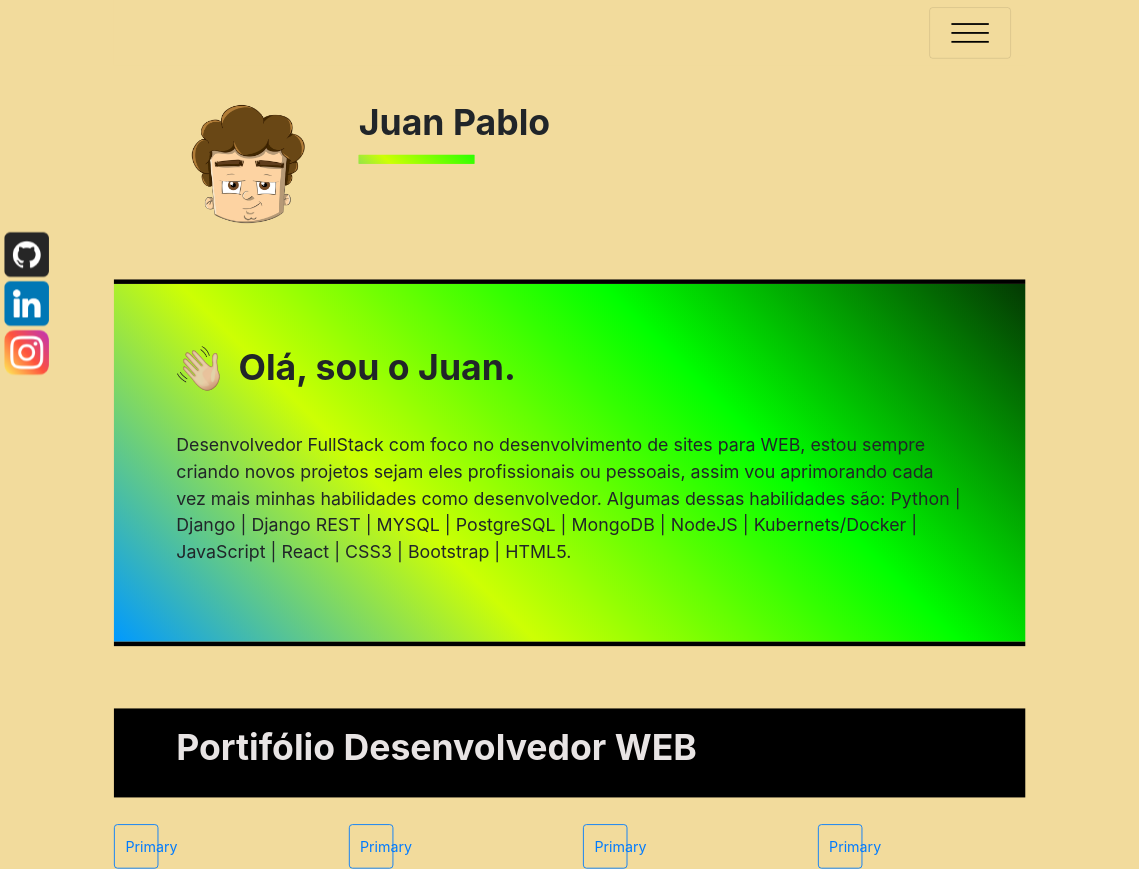
Repository: JuanPabloDS/portifolio
Page: http://localhost/
An editor plug-in stored every save of this project. The page is shown before and after the next save, followed by the edit.
The browser window is 1280 px wide. The pictures show the whole page, at 89% of full size.
The page is served by the project's application, run on Django 4.2 (manage.py). Other server files are loaded and not shown.

Above is the page before, as saved 2023-02-22 23:16:26.

### core/templates/index.html
{% extends 'base.html' %}

{% block content %}

{% include 'perfil.html' %}

{% include 'apresentacao.html' %}

{% include 'developer.html' %}

{% include 'footer.html' %}

{% endblock %}

### core/templates/base.html
{% load static %}
<!DOCTYPE html>
<html lang="pt-br">

    <head>
        <!-- Required meta tags -->
        <meta charset="UTF-8">
        <meta http-equiv="X-UA-Compatible" content="IE=edge">
        <meta name="viewport" content="width=device-width, initial-scale=1.0">
        <title>Portifólio</title>

        <!-- Bootstrap CSS -->
        <link rel="stylesheet" href="{% static 'css/bootstrap.min.css' %}">
        <link rel="stylesheet" href="{% static 'css/style.css' %}">


    </head>

    <body>
        <div class="pos-f-t">
            <nav class="navbar navbar-light menu">
              <button class="navbar-toggler" type="button" data-toggle="collapse" data-target="#navbarToggleExternalContent" aria-controls="navbarToggleExternalContent" aria-expanded="false" aria-label="Toggle navigation">
                <div class="burger"><i></i><i></i><i></i></div>
              </button>
            </nav>
            <div class="collapse" id="navbarToggleExternalContent">
              <div class="bg-dark p-4">
                <div class="menu-itens">
                  <h1>HOME</h1>
                </div>
                <div class="menu-itens">
                  <h1>HOME</h1>
                </div>
                <div class="menu-itens">
                  <h1>HOME</h1>
                </div>
                <div class="menu-itens">
                  <h1>HOME</h1>
                </div>
              </div>
            </div>
          </div>
{% block content %}
{% endblock %}

### core/templates/perfil.html
{% load static %}
<div class="perfil">
    <img src="{% static '/img/perfil/eu.png' %}" alt="">
    <div class="borda">
        <h1>Juan Pablo</h1>
    </div>
</div>

### core/templates/apresentacao.html
{% load static %}
<div class="apresentacao">
    <div class="texto">
        <div>
            <img src="{% static '/img/icons/acenar.png' %}" alt="">
            <h1>Olá, sou o Juan.</h1>
        </div>
        <div class="paragrafo">
            <p>Desenvolvedor FullStack com foco no desenvolvimento de sites para WEB, estou sempre criando
            novos projetos sejam eles profissionais ou pessoais, assim vou aprimorando cada vez
            mais minhas habilidades como desenvolvedor. Algumas dessas habilidades são:
            Python | Django | Django REST | MYSQL | PostgreSQL | MongoDB | NodeJS | Kubernets/Docker |
            JavaScript | React | CSS3 | Bootstrap | HTML5.   </p>
        </div>
    </div>
    <div class="icons">
        <img src="{% static '/img/icons/github.png' %}" alt="">
        <img src="{% static '/img/icons/linkedin.png' %}" alt="">
        <img src="{% static '/img/icons/instagram.png' %}" alt="">
    </div>
</div>

### core/templates/developer.html
{% load static %}
<div class="dev">
    <div class="dev-1">
        <h1>Portifólio Desenvolvedor WEB</h1>
    </div>
    <div class="dev-menu row">
        <div class="col-sm">
            <button type="button" class="btn btn-outline-primary">Primary</button>
        </div>
        <div class="col-sm">
            <button type="button" class="btn btn-outline-primary">Primary</button>
        </div>
        <div class="col-sm">
            <button type="button" class="btn btn-outline-primary">Primary</button>
        </div>
        <div class="col-sm">
            <button type="button" class="btn btn-outline-primary">Primary</button>
        </div>
    </div>
</div>

### core/templates/footer.html
{% load static %}
<!-- jQuery first, then Tether, then Bootstrap JS. -->
<script src="{% static 'js/jquery.js' %}"></script>
<script src="{% static 'js/bootstrap.js' %}" ></script>
<script src="{% static 'js/bootstrap.min.js' %}" ></script>
<script src="{% static 'js/bootstrap.bundle.js' %}" ></script>
<script src="{% static 'js/bootstrap.bundle.min.js' %}" ></script>
</body>
</html>

### core/views.py
from django.views.generic import TemplateView

class IndexView(TemplateView):
    template_name: str = 'index.html'

### portifolio/urls.py
"""portifolio URL Configuration

The `urlpatterns` list routes URLs to views. For more information please see:
    https://docs.djangoproject.com/en/4.1/topics/http/urls/
Examples:
Function views
    1. Add an import:  from my_app import views
    2. Add a URL to urlpatterns:  path('', views.home, name='home')
Class-based views
    1. Add an import:  from other_app.views import Home
    2. Add a URL to urlpatterns:  path('', Home.as_view(), name='home')
Including another URLconf
    1. Import the include() function: from django.urls import include, path
    2. Add a URL to urlpatterns:  path('blog/', include('blog.urls'))
"""
from django.contrib import admin
from django.urls import path, include

from django.conf.urls.static import static
from django.conf import settings

urlpatterns = [
    path('admin/', admin.site.urls),
    path('', include('core.urls')),
] + static(settings.MEDIA_URL, document_root=settings.MEDIA_ROOT)

### core/urls.py
from django.urls import path
from .views import IndexView

urlpatterns = [
    path('', IndexView.as_view(), name='index')
]

### core/static/css/style.css
/*! Menu inicial */

body{
    width: 80%;
    margin: auto;
    background-color: #f2db9c;
}

@media screen and (max-width: 600px) {
    body{
        width: 100%;
        margin: auto;
    }

}

.burger {

    z-index: 9998;
    cursor: pointer;
    padding: 5px 4px;
    background-color: transparent;
}

.burger i {
    display: block;
    width: 42px;
    height: 2px;
    margin: 8px;
    background-color: black;
}

.burger:active,
.burger:focus {
 outline-color:0;
 outline-style:none;
 outline-width:0
}
.burger i {
 display:block;
 width:42px;
 height:2px;
 margin:8px;
 background-color:black
}

.burger i:nth-child(n) {
 -moz-transition:-moz-transform .45s cubic-bezier(.43,.77,.15,1.5),background .3s ease;
 -o-transition:-o-transform .45s cubic-bezier(.43,.77,.15,1.5),background .3s ease;
 -webkit-transition:-webkit-transform .45s cubic-bezier(.43,.77,.15,1.5),background .3s ease;
 transition:transform .45s cubic-bezier(.43,.77,.15,1.5),background .3s ease
}
.burger.hover i:nth-child(1) {
 -moz-transform:translate3d(0,-4px,0);
 -ms-transform:translate3d(0,-4px,0);
 -webkit-transform:translate3d(0,-4px,0);
 transform:translate3d(0,-4px,0)
}
.burger.hover i:nth-child(3) {
 -moz-transform:translate3d(0,4px,0);
 -ms-transform:translate3d(0,4px,0);
 -webkit-transform:translate3d(0,4px,0);
 transform:translate3d(0,4px,0)
}
.burger.st-1 {
 animation:rotate-back-in .8s cubic-bezier(.2,.86,.35,1) forwards;
 -webkit-animation:rotate-back-in .8s cubic-bezier(.2,.86,.35,1) forwards
}
.burger.st-1 i:nth-child(1) {
 -moz-transform:translate3d(0,9px,0);
 -ms-transform:translate3d(0,9px,0);
 -webkit-transform:translate3d(0,9px,0);
 transform:translate3d(0,9px,0)
}
.burger.st-1 i:nth-child(3) {
 -moz-transform:translate3d(0,-9px,0);
 -ms-transform:translate3d(0,-9px,0);
 -webkit-transform:translate3d(0,-9px,0);
 transform:translate3d(0,-9px,0)
}
.burger.st-2 {
 animation:rotate-back-out .85s cubic-bezier(.2,.86,.35,1) forwards;
 -webkit-animation:rotate-back-out .85s cubic-bezier(.2,.86,.35,1) forwards
}
.burger.st-2 i:nth-child(1) {
 -moz-transform:translate3d(0,10px,0) rotate(45deg) scale(1.5);
 -ms-transform:translate3d(0,10px,0) rotate(45deg) scale(1.5);
 -webkit-transform:translate3d(0,10px,0) rotate(45deg) scale(1.5);
 transform:translate3d(0,10px,0) rotate(45deg) scale(1.5)
}
.burger.st-2 i:nth-child(2) {
 opacity:0
}
.burger.st-2 i:nth-child(3) {
 -moz-transform:translate3d(0,-10px,0) rotate(-45deg) scale(1.5);
 -ms-transform:translate3d(0,-10px,0) rotate(-45deg) scale(1.5);
 -webkit-transform:translate3d(0,-10px,0) rotate(-45deg) scale(1.5);
 transform:translate3d(0,-10px,0) rotate(-45deg) scale(1.5)
}
.burger.st-2.hover i:nth-child(1) {
 -moz-transform:translate3d(0,10px,0) rotate(50deg) scale(1.5);
 -ms-transform:translate3d(0,10px,0) rotate(50deg) scale(1.5);
 -webkit-transform:translate3d(0,10px,0) rotate(50deg) scale(1.5);
 transform:translate3d(0,10px,0) rotate(50deg) scale(1.5)
}
.burger.st-2.hover i:nth-child(3) {
 -moz-transform:translate3d(0,-10px,0) rotate(-50deg) scale(1.5);
 -ms-transform:translate3d(0,-10px,0) rotate(-50deg) scale(1.5);
 -webkit-transform:translate3d(0,-10px,0) rotate(-50deg) scale(1.5);
 transform:translate3d(0,-10px,0) rotate(-50deg) scale(1.5)
}

.menu{
    height: 20%;
    background-color: #f2db9c;
    color: black;
}

.menu button{
    position: relative;
    right: inherit;
    float: right;
    margin-left: auto;
    color: black;
}

.menu span {
    color: black;
}



.menu-itens {
    height: 80px;
    background-color: blue;
    text-align: center;
    padding-top: 13px;
    margin-bottom: 10px;
    font-size: 50%;
}

@media screen and (max-width: 600px){
    .menu button{
        position: relative;
        padding-top: 0;
        right: inherit;
        padding-right: 0;
        padding-left: 5px;
        padding-bottom: 0;
        width: 60px;
        height: 50px;
    }

    .menu-itens {
        height: 30px;
        background-color: blue;
    }

    .menu-itens h1 {
        font-size: 150%;
        line-height: 0.2;
    }

    .burger i {
        width:25px;
        height:2px;
       }
}

/*! Fim Menu inicial */

/*! Perfil */

.perfil{
    padding-top: 40px;
    padding-left: 80px;
    margin-bottom: 200px;
}

.perfil img {
    width: 140px;
    height: 140px;
    float: left;
}

.perfil h1 {
    margin-left: 50px;
    position: absolute;
    font-weight: bold;


}
.borda{
    position: relative;
    padding-left: 145px;
}

.borda::before, .borda::after{
    content: '';
    position: absolute;
    z-index: -1;
    width: calc(130px);
    height: calc(10px);
    top: 60px;
    background: linear-gradient(45deg, #0099ff, #cdff04, #00ff00, #043903 );
    margin-left: 50px;
    background-size: 300%;
    animation: AnimarBorda 8s linear infinite;

}

@keyframes AnimarBorda {
    0% {
        background-position: 0;
    }
    100% {
        background-position: 300%;
    }
}

@media screen and (max-width: 900px) {
    .perfil {
        padding-left: 20px;
        margin-bottom: 100px;

    }
    .perfil img {
        width: 60px;
        height: 60px;
    }
    .perfil h1 {
        font-size: 30px;
    }

    .borda{
        padding-left: 30px;
    }

    .borda::before, .borda::after{
        margin-left: 20px;
        top: 40px;

    }

}

/*! Fim Perfil */

/*! Apresentaçao */

.apresentacao{
    background-color: #f2e5c0;
    padding: 70px;
    position: relative;
    border-bottom: 5px solid black;
    border-top: 5px solid black;
    background: linear-gradient(45deg,#0099ff, #cdff04, #00ff00, #043903
    );
    animation-name: ring;
    animation-duration: 1000ms;
    animation-timing-function: linear;
    animation-iteration-count: infinite;
    display: flex;
    justify-content: center;
    align-items: center;

@keyframes ring {
    0%{
        tranform:rotate(-360deg)
    }
}

}

.texto {
    display: flex;
    flex-direction: column ;
    flex-wrap: wrap;
}

.texto h1 {
    margin-left: 20px;
    font-weight: bold;
    float: left;
    align-self: stretch;
}

.texto img {
    width: 50px;
    height: 50px;
    float: left;
}

.paragrafo p {
    margin-top: 40px;
    font-size: 20px;
}

.icons{
    position: fixed;
    padding-bottom: 23%;
    padding-left: 5px;
    bottom: 0;
    left: 0;
    width: 50px;
}

.icons img{
    width: 50px;
    height: 50px;
    margin-bottom: 5px;
}

@media screen and (max-width: 900px) {
    .icons{
        width: 20px;
    }

    .icons img{
        width: 20px;
        height: 20px;
        margin-bottom: 5px;
    }

    .texto h1 {
        font-size: 20px;
    }

    .texto img {
        width: 25px;
        height: 25px;
    }

    .paragrafo p {
        margin-top: 20px;
        font-size: 15px;
    }

}

/*! Fim Apresetação */

/*! Developer */

.dev-1 {
    margin-top: 70px;
    height: 100px;
    background-color: black;
    padding-top: 20px;
    padding-left: 70px;
}

.dev-1 h1 {
    color: rgb(232, 228, 228);
    font-weight: bold;

}

.dev-menu {
    margin-top: 30px;
    display: flex;
    flex-direction: row ;
    flex-wrap: wrap;
}

.dev-menu button {
    width: 50px;
    height: 50px;
}

Loaded but not shown: core/static/css/bootstrap.min.css (library); core/static/js/jquery.js (library); core/static/js/bootstrap.js (library); core/static/js/bootstrap.min.js (library); core/static/js/bootstrap.bundle.js (library); core/static/js/bootstrap.bundle.min.js (library)

After the next save:
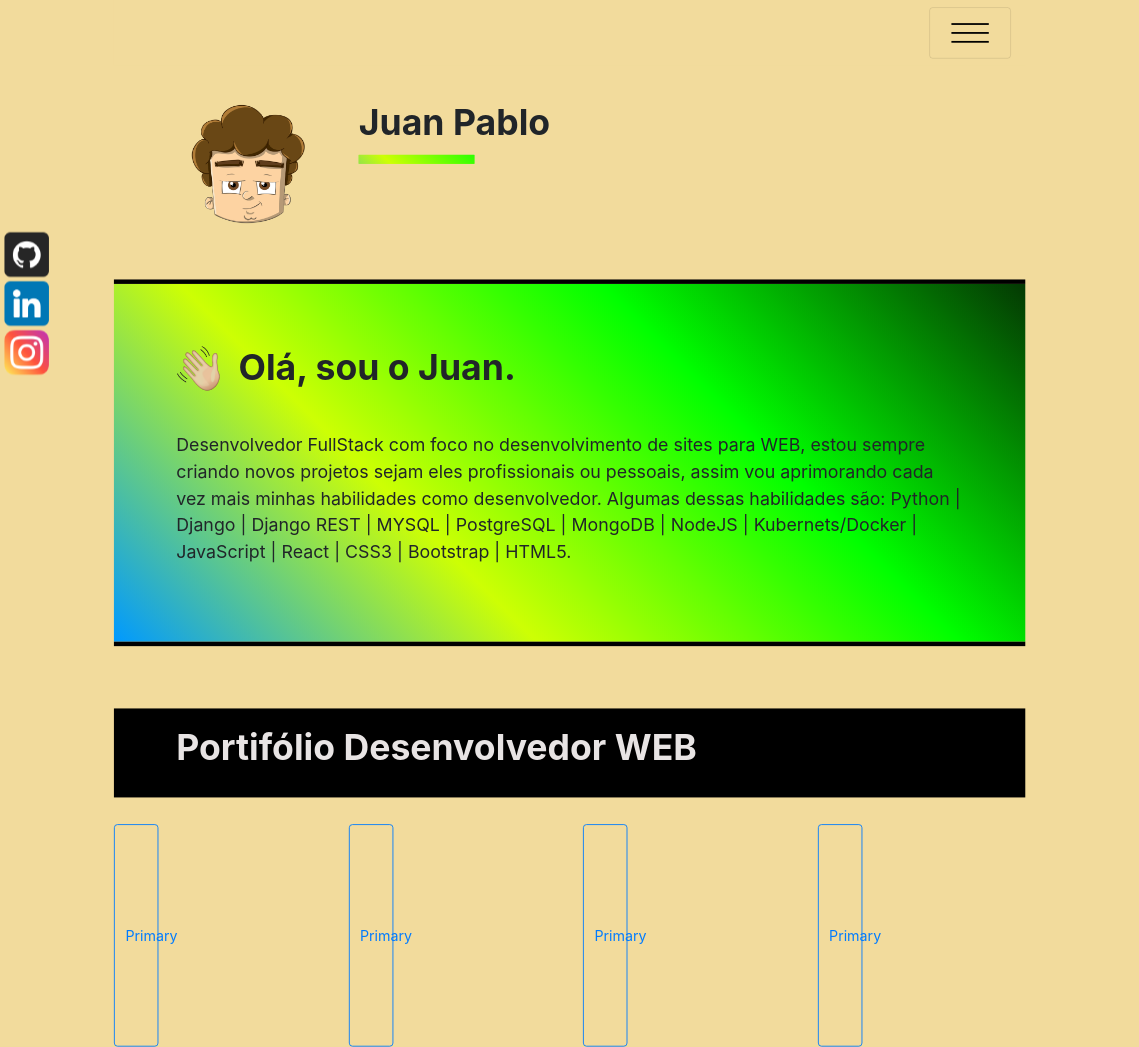
Saved 11 s later.
--- a/core/static/css/style.css
+++ b/core/static/css/style.css
@@ -365,5 +365,5 @@ body{
 
 .dev-menu button {
     width: 50px;
-    height: 50px;
-}
+    height: 250px;
+}
